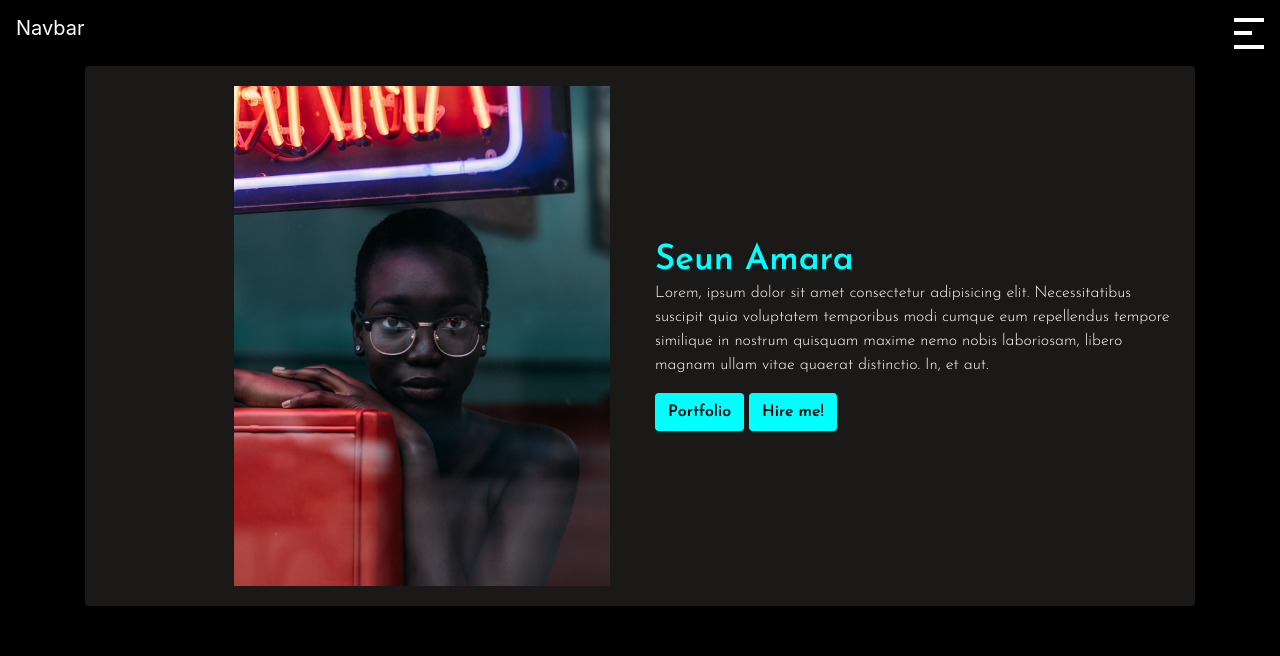
Repository: latenightsnacc/portfolio-site
Page: index.html
These files come from the project's save history. The page is drawn as it stood at one moment and after the next save; the edit follows.
The browser window is 1280 px wide. The pictures show the whole page.
The style sheet was rebuilt from its Sass, Less or Tailwind sources for each picture, by a compiler version that may differ from the author's.

Above is the page before, as saved 2020-08-03 14:40:23.

### index.html
<!DOCTYPE html>
<html lang="en">
<head>
    <meta charset="UTF-8">
    <meta name="viewport" content="width=device-width, initial-scale=1.0">
    <link rel="stylesheet" href="https://stackpath.bootstrapcdn.com/bootstrap/4.5.0/css/bootstrap.min.css" integrity="sha384-9aIt2nRpC12Uk9gS9baDl411NQApFmC26EwAOH8WgZl5MYYxFfc+NcPb1dKGj7Sk" crossorigin="anonymous">
    <link rel="stylesheet" href="styles/stylesheet.css">

    <title>Portfolio Site</title>
</head>
<body>
    <main>
        <!--Navigation-->
        <nav class="navbar navbar-light bg-dark">
            <div class="nav-top" id="top">
                <a class="navbar-brand" href="#">Navbar</a>
                <div class="menu-icon">
                    <span class="icon-long"></span>
                    <span class="icon-short"></span>
                    <span class="icon-long"></span>
                </div>
            </div>
        </nav>

        <div class="container">
            <div class="card">
                <div class="card-body">
                    <!--Horizontal Card-->
                    <div class="row">
                        <div class="col-s12 col-md-6 col-lg-6">
                            <div class="container img-box">
                                <img src="assets/HER.jpg" alt="Seun" />
                            </div>
                        </div>
                        <div class="col-s12 col-md-6 col-lg-6">
                            <div class="text-box">
                                <div class="name">Seun Amara</div>
                                <p>Lorem, ipsum dolor sit amet consectetur adipisicing elit.
                                    Necessitatibus suscipit quia voluptatem temporibus modi cumque eum repellendus
                                    tempore similique in nostrum quisquam maxime nemo nobis laboriosam, libero magnam
                                    ullam vitae quaerat distinctio. In, et aut.
                                </p>
                                <div class="btn-box">
                                    <button class="btn">Portfolio</button>
                                    <button class="btn">Hire me!</button>
                                </div>

                            </div>
                        </div>
                    </div>
                </div>
            </div>
        </div>

    </main>

    <script src="https://code.jquery.com/jquery-3.5.1.slim.min.js" integrity="sha384-DfXdz2htPH0lsSSs5nCTpuj/zy4C+OGpamoFVy38MVBnE+IbbVYUew+OrCXaRkfj" crossorigin="anonymous"></script>
    <script src="https://cdn.jsdelivr.net/npm/popper.js@1.16.0/dist/umd/popper.min.js" integrity="sha384-Q6E9RHvbIyZFJoft+2mJbHaEWldlvI9IOYy5n3zV9zzTtmI3UksdQRVvoxMfooAo" crossorigin="anonymous"></script>
    <script src="https://stackpath.bootstrapcdn.com/bootstrap/4.5.0/js/bootstrap.min.js" integrity="sha384-OgVRvuATP1z7JjHLkuOU7Xw704+h835Lr+6QL9UvYjZE3Ipu6Tp75j7Bh/kR0JKI" crossorigin="anonymous"></script>
</body>
</html>

### styles/stylesheet.scss
@import 'variables';

*{
    margin:0;
    padding: 0;
    text-decoration: none;
    list-style: none;

    a{
        text-decoration: none;

        &:hover {
            text-decoration: none;
        }
    }
}
body,html, .bg-dark {
    background-color: $dark!important;
}
.btn {
    background-color: #0ff;
    font-weight: $bold;
    color: $dark;
}
.img-box {
    width: 100%;
    height: 100%;
    display: flex;
    justify-content: flex-end;
    img {
        height: 500px;
    }
}
.text-box {
    height: 100%;
    width: 100%;
    display: flex;
    flex-direction: column;
    justify-content: center;

}
.card {
    border: 0px !important;
    background-color: $bg-dark;
    color: $light;
    font-family: $font;

    .name {
        font-weight: $bold;
        color: #0ff;
        line-height: 40px;
        font-size: 35px;
    }
    p {
        color: $light;
        font-weight: $fontLight;
    }
}
.nav-top {
    display: flex;
    width: 100%;
    justify-content: space-between;
}
.navbar-brand {
    color: $light !important;
}
.menu-icon {
    display: flex;
    flex-direction: column;
    height: 50px;
    justify-content: space-evenly;
    .icon-long, .icon-short {
        border: 2px solid $light;
    }
    .icon-long {
        width: 30px;
    }
    .icon-short {
        width: 18px;
    }
}

### styles/_variables.scss
@import url('https://fonts.googleapis.com/css2?family=Josefin+Sans:wght@300;600&display=swap');
$font:'Josefin Sans', sans-serif;
$bold: 600;
$fontLight: 300;
$dark: black;
$light: white;
$bg-dark: rgb(27, 24, 24);
$bS:  .5px .5px 10px 3px #0ff;

After the next save:
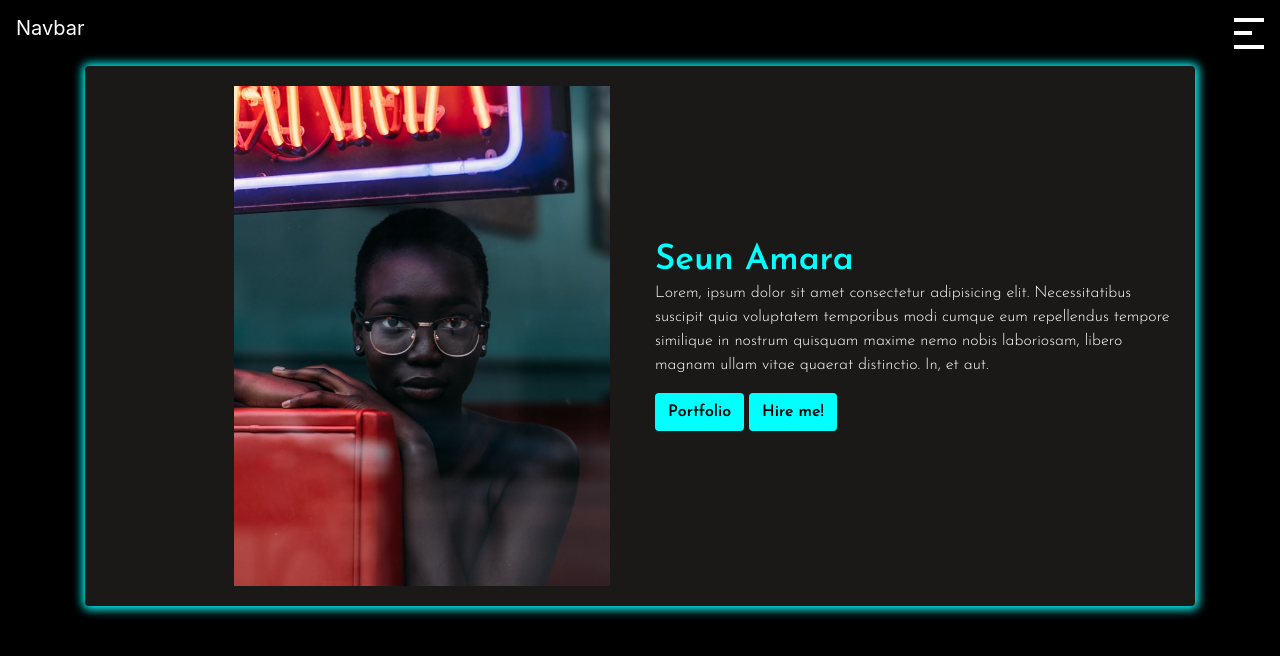
Saved 17 s later.
--- a/styles/stylesheet.scss
+++ b/styles/stylesheet.scss
@@ -44,6 +44,7 @@ body,html, .bg-dark {
     background-color: $bg-dark;
     color: $light;
     font-family: $font;
+    box-shadow: $bS;
 
     .name {
         font-weight: $bold;
